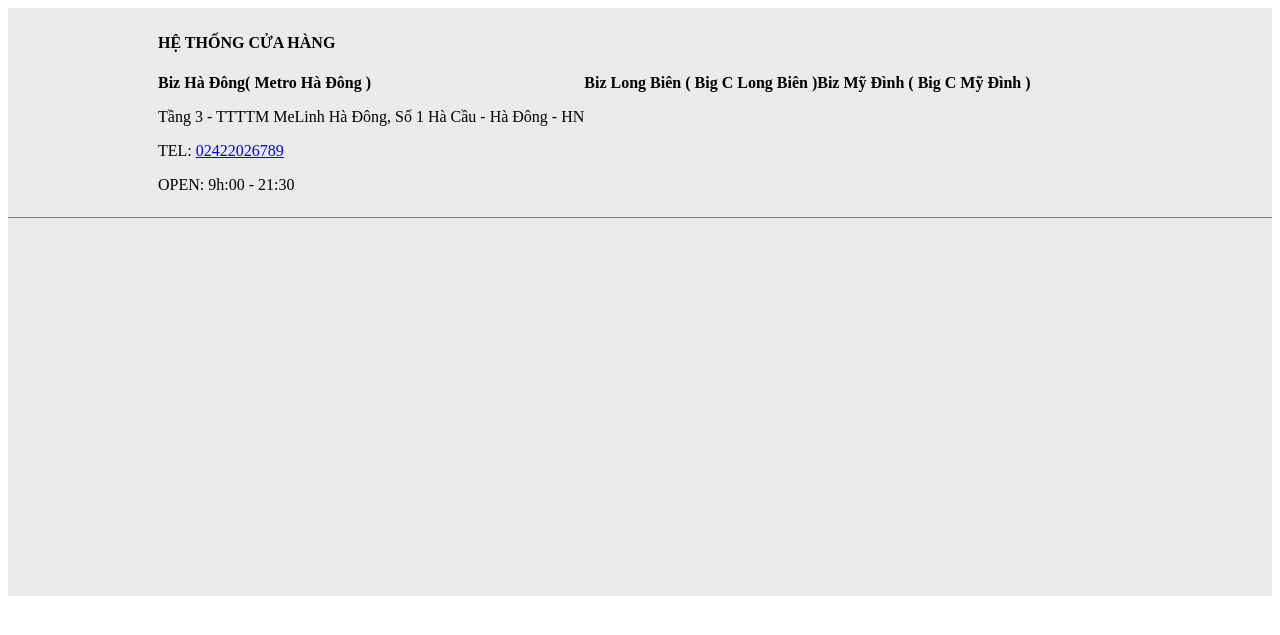
Repository: LongNguyen2504/T3H-FrondEnd
Page: lesson4_css_homework1.html
The author's editor kept a copy of each file at every save. The page is drawn from the files as they stood at one save, then again after the next save.
The browser window is 1280 px wide. The pictures show the whole page.

Above is the page before, as saved 2021-12-04 20:41:16.

### lesson4_css_homework1.html
<!DOCTYPE html>
<html lang="en">
<head>
    <meta charset="UTF-8">
    <meta http-equiv="X-UA-Compatible" content="IE=edge">
    <meta name="viewport" content="width=device-width, initial-scale=1.0">
    <title>Document</title>
    <link rel="stylesheet" href="lesson4_css_homework1.css">
</head>
<body>
    <div class="top-div ancestor-div">
        <div class="row-div">
            <h4>HỆ THỐNG CỬA HÀNG</h4>
            <div class="row1-box-container">
                <div class="box1">
                    <strong>Biz Hà Đông( Metro Hà Đông )</strong>
                    <p>Tầng 3 - TTTTM MeLinh Hà Đông, Số 1 Hà Cầu - Hà Đông - HN</p>
                    <p>TEL: <a href="#1">02422026789</a></p>
                    <p>OPEN: 9h:00 - 21:30</p>
                </div>
                <div class="box2">
                    <strong>Biz Long Biên ( Big C Long Biên )</strong>
                </div>
                <div class="box3">
                    <strong>Biz Mỹ Đình ( Big C Mỹ Đình )</strong>
                </div>
            </div>
        </div>
    </div>
    <div class="footer-div ancestor-div"></div>
</body>
</html>

### lesson4_css_homework1.css
*{
    box-sizing: border-box;
}
.ancestor-div{
    background-color: #ebebeb;
    justify-content: center;
    font-family: 'Times New Roman', Times, serif;

}
.top-div{
    width: 100%;
    height: 210px;
    border-bottom: 1px solid gray;
    position: relative;

}
.footer-div{
    width: 100%;
    height: 378px;
}
.row-div{
    width: 70%;
    height: 200px;
    position: absolute;
    top: 5px;
    left: 150px;
}
.row1-box-container{
    display: flex;
    overflow: auto;

}
.box1,.box2,.box3{
   padding: auto;;
}

After the next save:
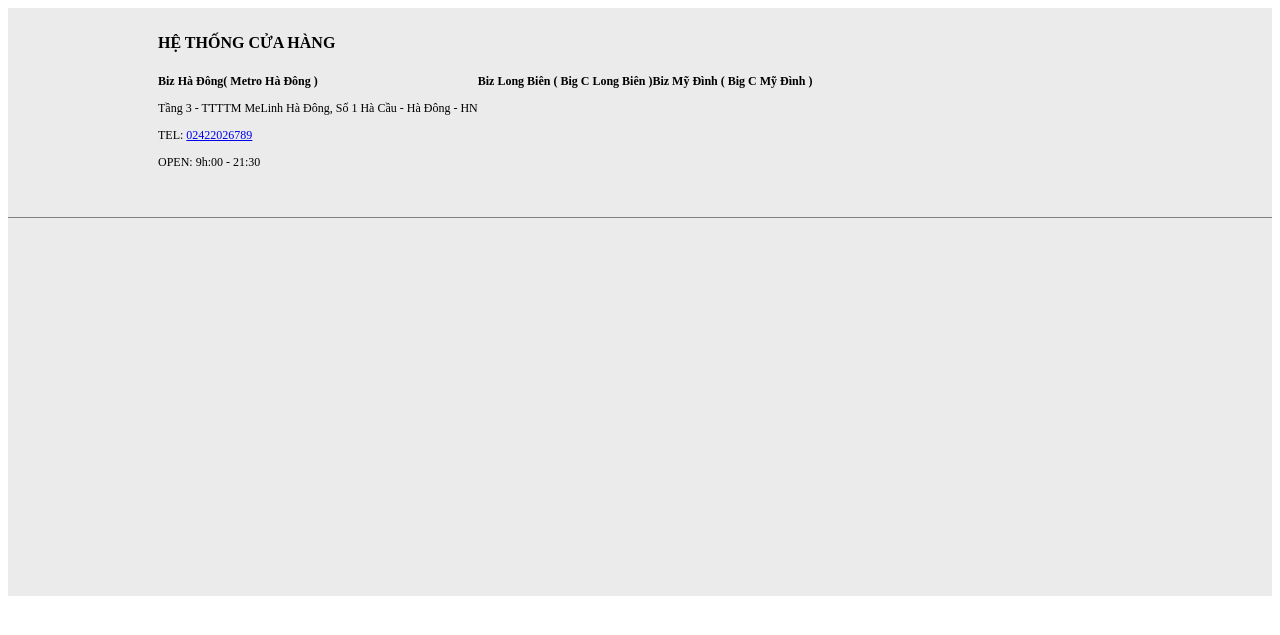
Saved 58 s later.
--- a/lesson4_css_homework1.css
+++ b/lesson4_css_homework1.css
@@ -31,5 +31,6 @@
 
 }
 .box1,.box2,.box3{
-   padding: auto;;
+   padding: auto;
+   font-size: 12px;
 }
